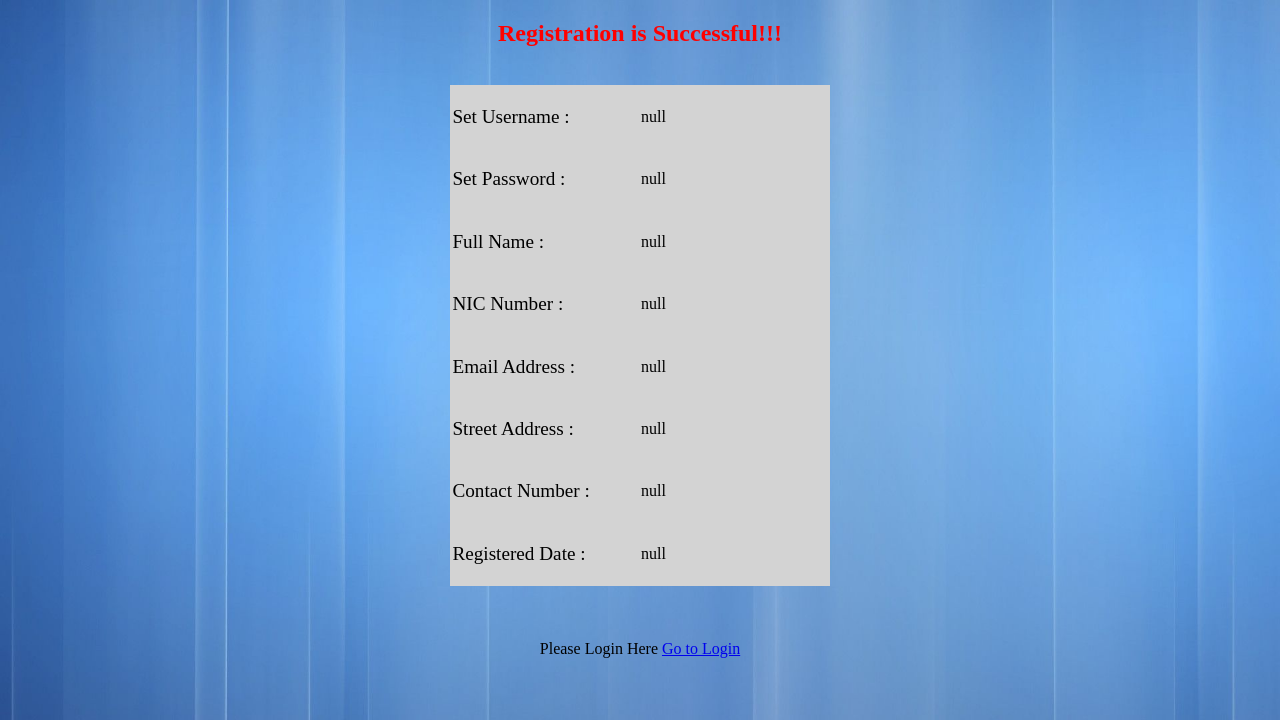
Repository: nirmaniPathiranage/CSSE-Procurement-Management
Page: http://localhost/Item_Management/Welcome.jsp
The author's editor kept a copy of each file at every save. The page is drawn from the files as they stood at one save, then again after the next save.
The browser window is 1280 px wide. The pictures show the whole page.
The page is served by Tomcat 9. Other server files are loaded and not shown.

Above is the page before, as saved 2019-09-29 18:43:43.

### Item_Management/WebContent/Welcome.jsp
<%@ page language="java" contentType="text/html; charset=ISO-8859-1"
	pageEncoding="ISO-8859-1"%>
<!DOCTYPE html>
<html>
<head>
<meta http-equiv="Content-Type" content="text/html; charset=ISO-8859-1">
<title>Welcome Registration</title>
<style>
body{

	background:url('back.jpg');
	background-size: cover;
}

td{
	width:30%;
	height:50px;
}

table#nat {
	width: 30%;
	background-color:lightgray;
}
</style>
</head>
<body>
	<h2>
		<center>
			<font color="red">Registration is Successful!!!</font>
		</center>
	</h2>
	<br>
	<%
		String userName = request.getParameter("username");
		String passWord = request.getParameter("password");
		String fullName = request.getParameter("fullname");
		String NICno = request.getParameter("nicno");
		String emailAddress = request.getParameter("emailaddress");
		String streetAddress = request.getParameter("streetaddress");
		String contactNo = request.getParameter("contactno");
		String regDate = request.getParameter("regdate");
	%>
	<table id="nat" align="center" border="0" cellpadding="0" style:width="50%">
		<tr height="0px">
			<td><p style="font-size: larger">Set Username  : </td>
			<td><%=userName%></td>
		</tr>
		<tr height="0px">
			<td><p style="font-size: larger">Set Password  : </td>
			<td><%=passWord%></td>
		</tr>
		<tr height="0px">
			<td><p style="font-size: larger">Full Name  : </td>
			<td><%=fullName%></td>
		</tr>
		<tr height="0px">
			<td><p style="font-size: larger">NIC Number  : </td>
			<td><%=NICno%></td>
		</tr>
		<tr height="0px">
			<td><p style="font-size: larger">Email Address  : </td>
			<td><%=emailAddress%></td>
		</tr>
		<tr height="0px">
			<td><p style="font-size: larger">Street Address  : </td>
			<td><%=streetAddress%></td>
		</tr>
		<tr height="0px">
			<td><p style="font-size: larger">Contact Number  : </td>
			<td><%=contactNo%></td>
		</tr>
		<tr height="0px">
			<td><p style="font-size: larger">Registered Date  : </td>
			<td><%=regDate%></td>
		</tr>
	</table>
	<br>
	<br>
	<br><center>Please Login Here
	<a href='Login.jsp'>Go to Login</a></center>
</body>
</html>

After the next save:
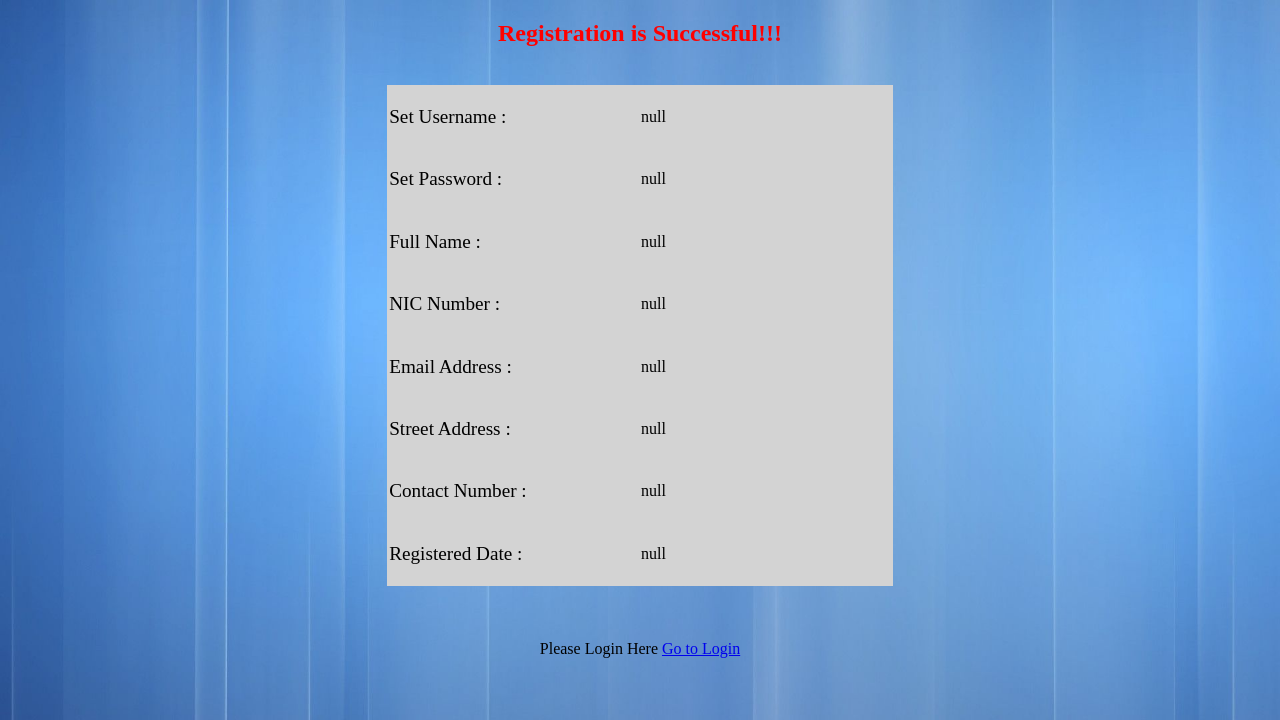
Saved 14 s later.
--- a/Item_Management/WebContent/Welcome.jsp
+++ b/Item_Management/WebContent/Welcome.jsp
@@ -18,7 +18,7 @@ td{
 }
 
 table#nat {
-	width: 30%;
+	width: 40%;
 	background-color:lightgray;
 }
 </style>
